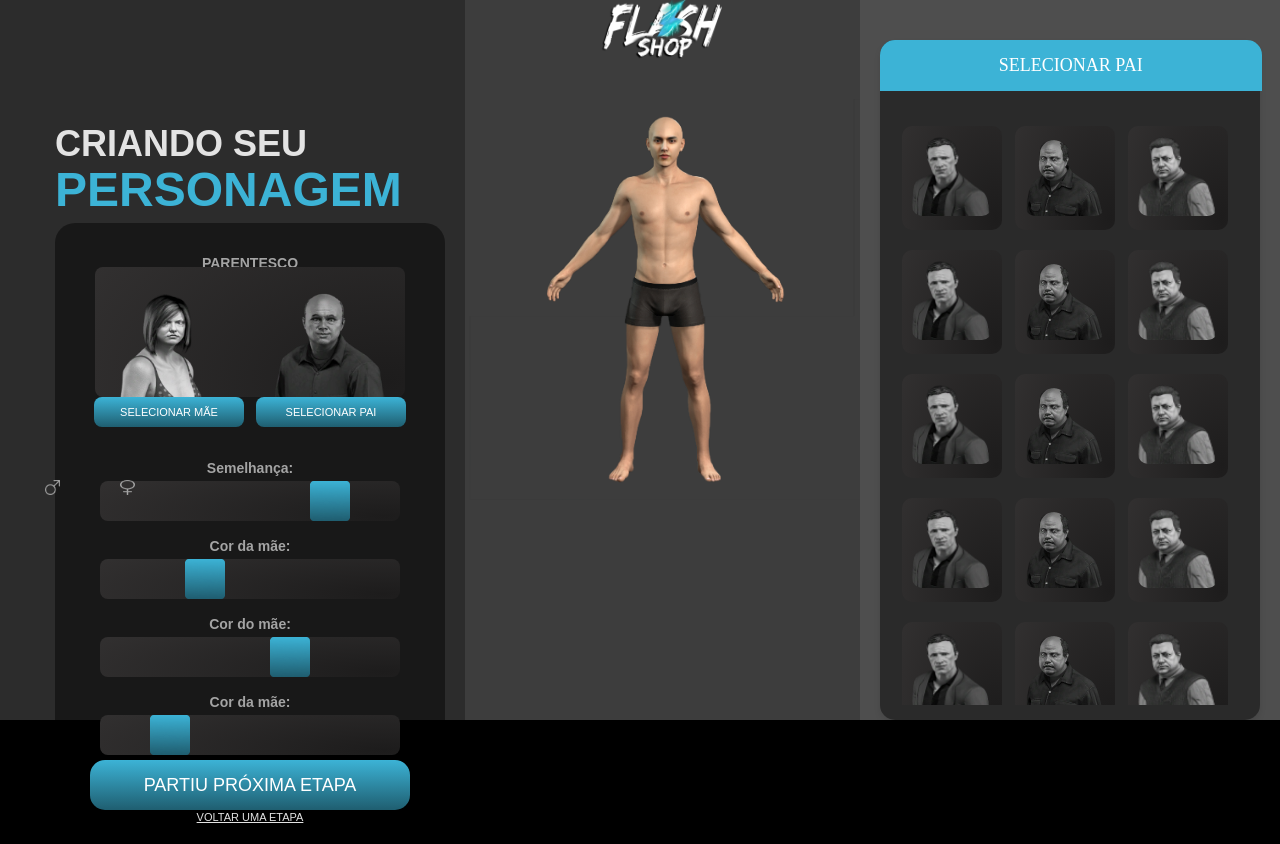
Repository: DuMCorrea/CriandoPerso
Page: index.html
These files come from the project's save history. The page is drawn as it stood at one moment and after the next save; the edit follows.
The browser window is 1280 px wide. The pictures show the whole page.

Above is the page before, as saved 2024-09-06 14:24:01.

After the next save:
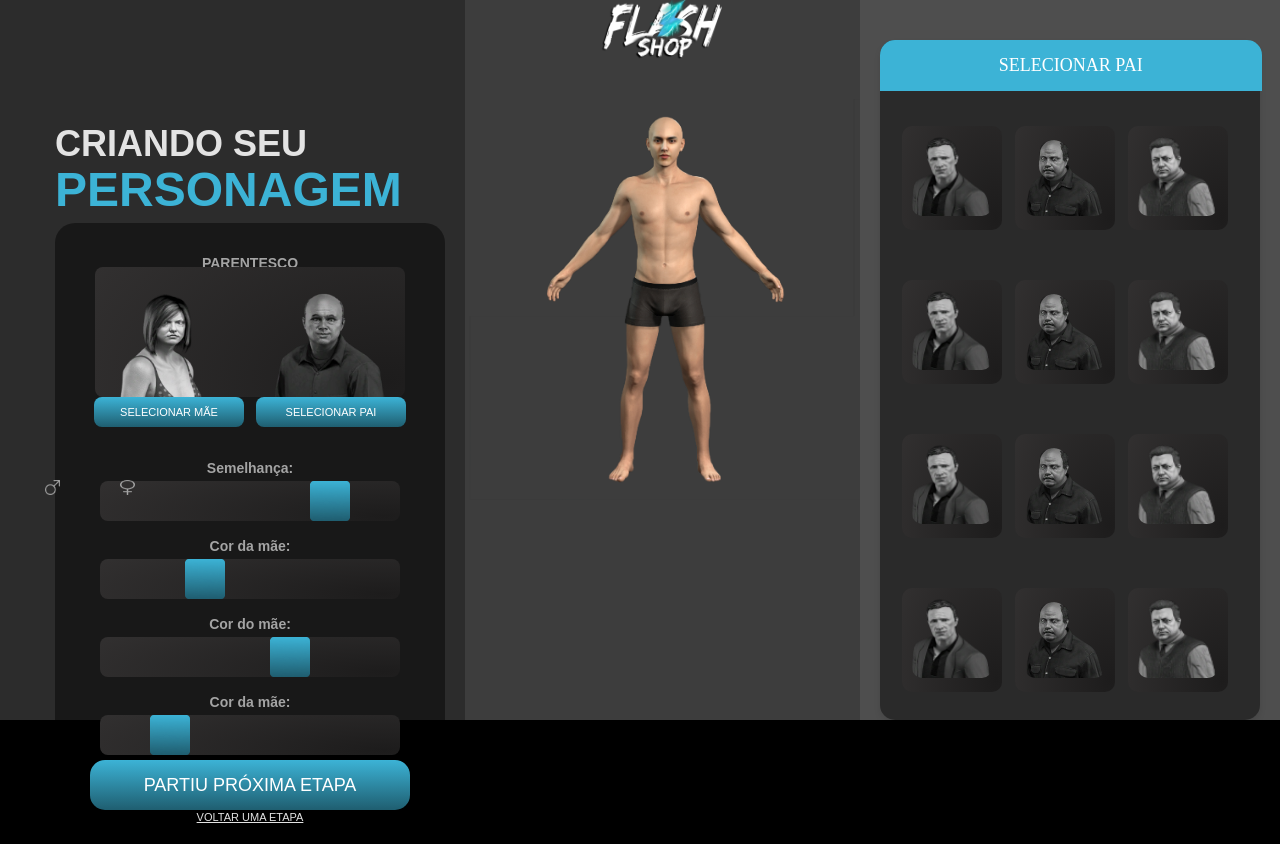
Saved 4 min 14 s later.
--- a/styles.css
+++ b/styles.css
@@ -346,7 +346,7 @@
 .imagens-container {
     display: flex;
     justify-content: space-around;
-    margin-bottom: 20px; /* Espaço entre as imagens e o próximo grupo */
+    margin-bottom: 50px; /* Espaço entre as imagens e o próximo grupo */
 }
 
 .imagem-wrapper {

After the save that followed:
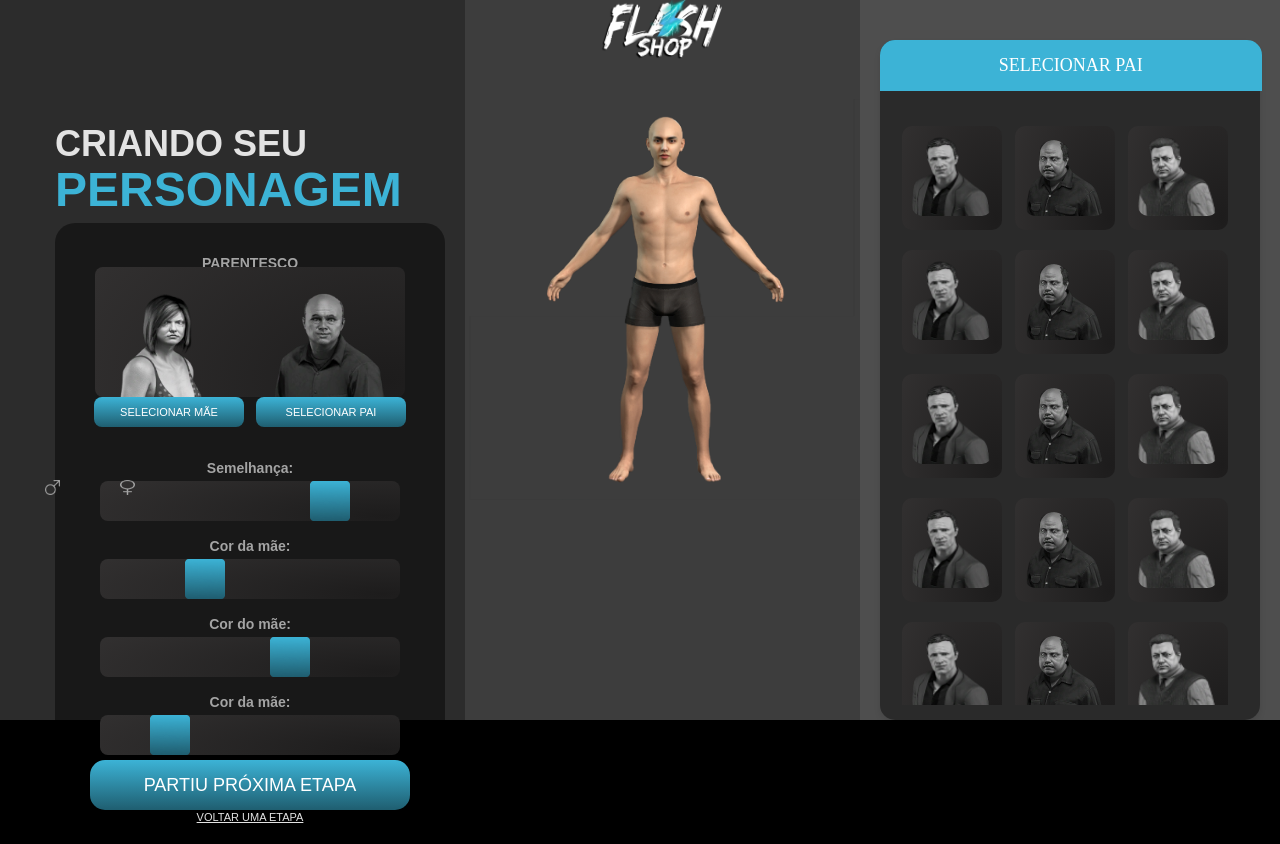
Saved 4 s later.
--- a/styles.css
+++ b/styles.css
@@ -346,7 +346,7 @@
 .imagens-container {
     display: flex;
     justify-content: space-around;
-    margin-bottom: 50px; /* Espaço entre as imagens e o próximo grupo */
+    margin-bottom: 20px; /* Espaço entre as imagens e o próximo grupo */
 }
 
 .imagem-wrapper {
